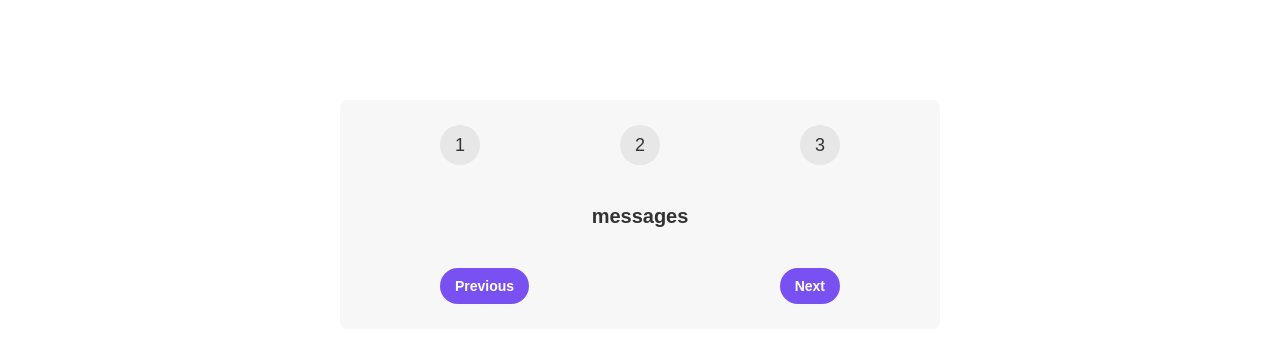
Repository: vgor15/steps
Page: /
An editor plug-in stored every save of this project. The page is shown before and after the next save, followed by the edit.
The browser window is 1280 px wide. The pictures show the whole page.
The project was rebuilt for these pictures with package versions that can differ from the ones it lists, and the page was loaded fresh each time.

Above is the page before, as saved 2025-03-07 15:00:21.

After the next save:
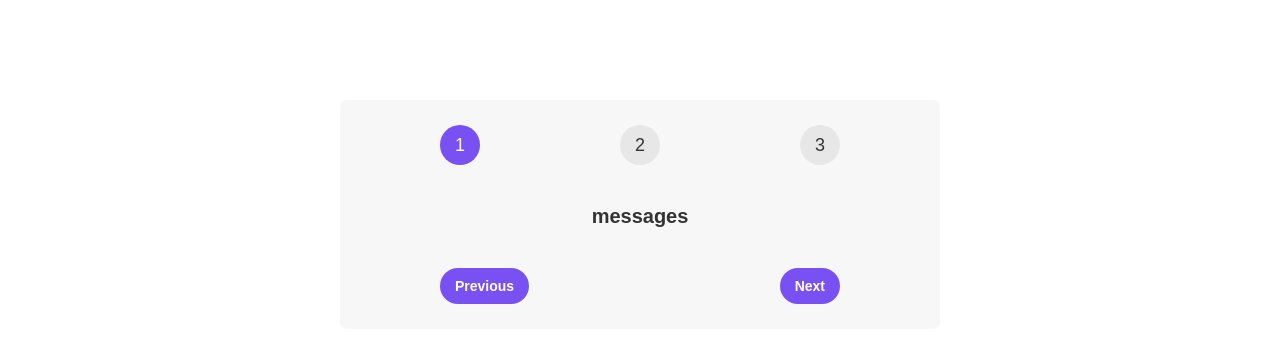
Saved 35 s later.
--- a/src/App.js
+++ b/src/App.js
@@ -2,7 +2,7 @@ function App() {
   return (
     <div className="steps">
       <div className="numbers">
-        <div>1</div>
+        <div className="active">1</div>
         <div>2</div>
         <div>3</div>
       </div>
